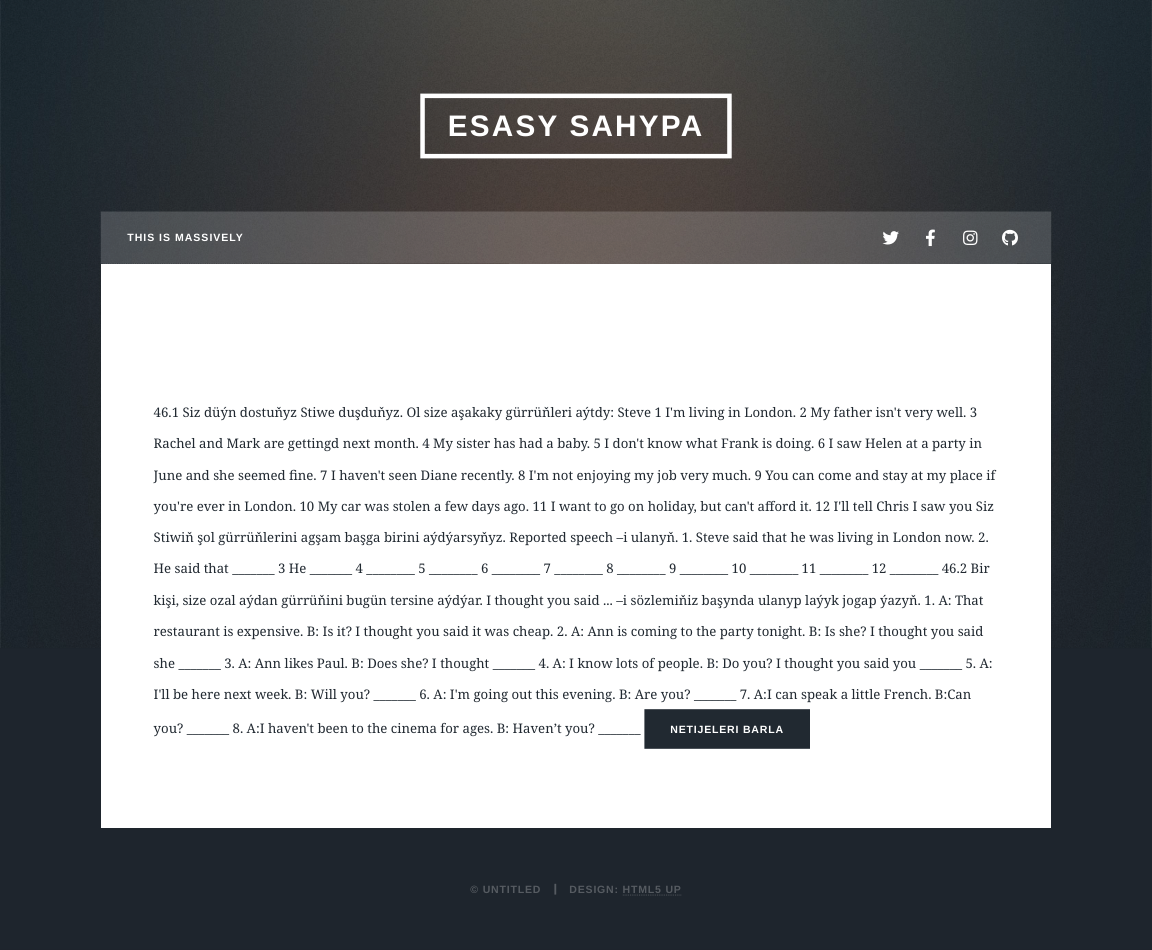
Repository: Sahet-dev/English-grammar-app
Page: test/test_unit _46.html
The author's editor kept a copy of each file at every save. The page is drawn from the files as they stood at one save, then again after the next save.
The browser window is 1280 px wide. The pictures show the whole page, at 90% of full size.
Some web fonts or font styles are not loaded; a fallback is used.

Above is the page before, as saved 2022-06-24 15:18:34.

After the next save:
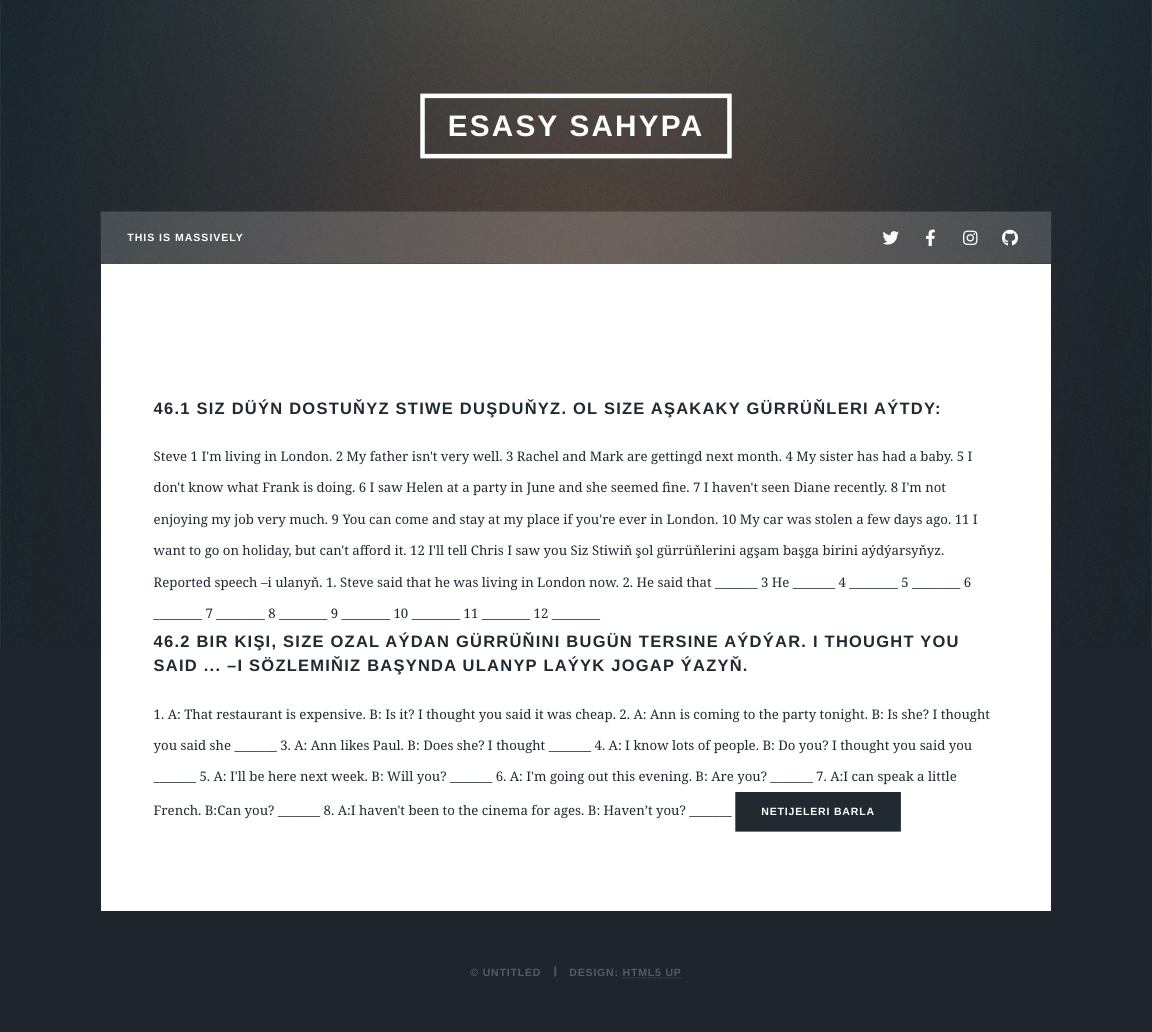
Saved 34 s later.
--- a/test/test_unit _46.html
+++ b/test/test_unit _46.html
@@ -53,9 +53,9 @@
 									<p>
 										<form action="results-unit-1.php" method="post">
 
-														46.1
+										<h3>46.1
 
-														Siz düýn dostuňyz Stiwe duşduňyz. Ol size aşakaky gürrüňleri aýtdy:
+														Siz düýn dostuňyz Stiwe duşduňyz. Ol size aşakaky gürrüňleri aýtdy:</h3>
 
 
 														Steve
@@ -92,10 +92,10 @@
 														11    ________
 														12     ________
 
-														46.2
+													<h3>46.2
 
 														Bir  kişi, size ozal  aýdan gürrüňini bugün tersine aýdýar. I thought you said ... –i sözlemiňiz başynda ulanyp laýyk jogap ýazyň.
-
+													</h3>
 														1. A: That restaurant is expensive.
 
 														B: Is it? I thought you said it was cheap.
